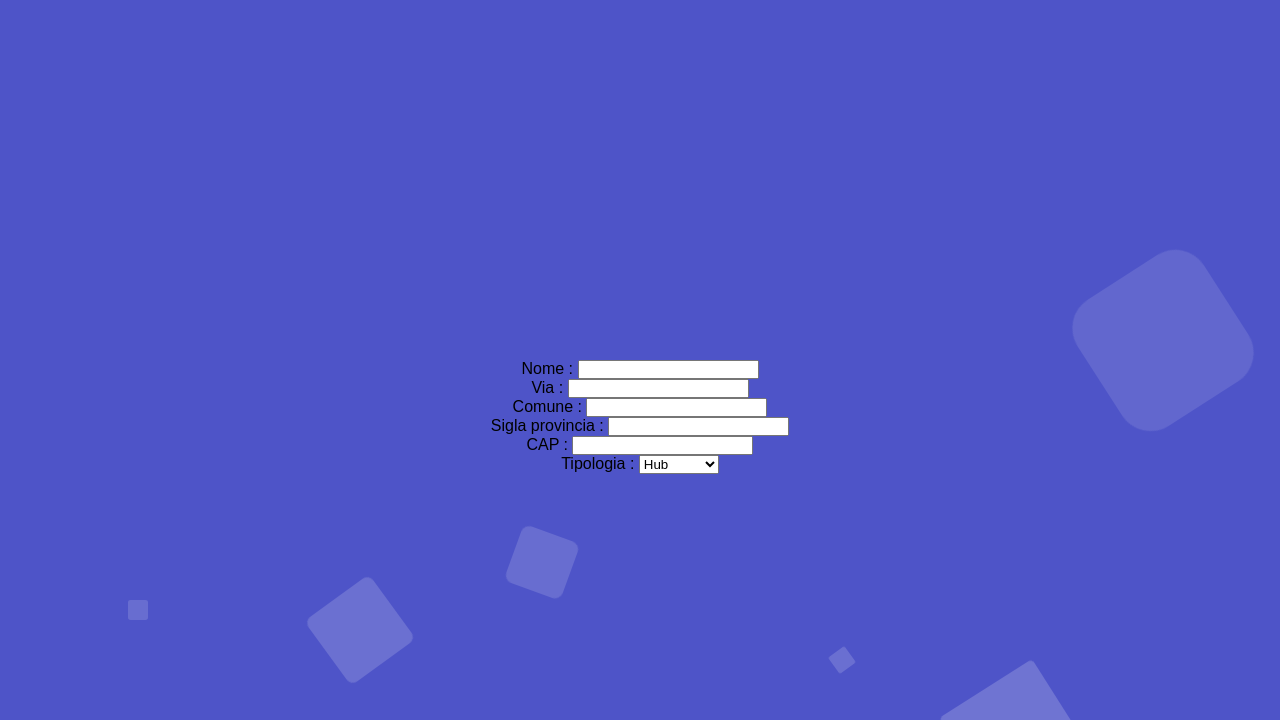
Repository: Jok98/CentriVaccinaliWebApp
Page: http://localhost/CentriVaccinaliOperatori/iscrizionecentrovax.jsp
The author's editor kept a copy of each file at every save. The page is drawn from the files as they stood at one save, then again after the next save.
The browser window is 1280 px wide. The pictures show the whole page.
Some web fonts or font styles are not loaded; a fallback is used. The page is served by Tomcat 9.

Above is the page before, as saved 2022-09-24 15:16:11.

### CentriVaccinaliOperatori/src/main/webapp/iscrizionecentrovax.jsp
<%@ page language="java" contentType="text/html; charset=ISO-8859-1"
	pageEncoding="ISO-8859-1"%>
<!DOCTYPE html>
<html>
<head>
<meta charset="ISO-8859-1">
<link rel="stylesheet" href="css/form.css">
<link rel="stylesheet" href="css/background.css">
<title>Iscrizione Centri Vaccinali</title>
</head>
<body>
	<div class="area">
		<ul class="circles">
			<li></li>
			<li></li>
			<li></li>
			<li></li>
			<li></li>
			<li></li>
			<li></li>
			<li></li>
			<li></li>
			<li></li>
		</ul>
	</div>
	<div class="context" align="middle">
		<form action="">
		<label class="label" for="nomeCenvax">Nome : </label>
		<input class="input" type="text" id="nomecenvax" name="nomecenvax">
		<br>
		<label class="label" for="viaCenvax">Via : </label>
		<input class="input" type="text" id="viaCenvax" name="viaCenvax">
		<br>
		<label class="label" for="comuneCenvax">Comune : </label>
		<input class="input" type="text" id="viaCenvax" name="viaCenvax">
		<br>
		<label class="label" for="sigprovCenvax">Sigla provincia : </label>
		<input class="input" type="text" id="sigprovCenvax" name="sigprovCenvax">
		<br>
		<label class="label" for="capCenvax">CAP : </label>
		<input class="input" type="text" id="capCenvax" name="capCenvax">
		<br>
		<label class="label" for="tipoCenvax">Tipologia : </label>
		<select class="input" name="tipoCenvax" id="tipoCenvax">
			<option value="Hub">Hub</option>
			<option value="Azienda">Azienda</option>
			<option value="Ospedale">Ospedale</option>
		</select>

		</form>
	</div>

</body>
</html>

### CentriVaccinaliOperatori/src/main/webapp/css/form.css
@charset "ISO-8859-1";

/* bottoni */
.button {
color: rgb(255, 255, 255);
font-size: 30px; line-height: 30px;
padding: 10px;
border-radius: 12px;
font-family: Georgia, serif;
font-weight: normal;
text-decoration: none;
font-style: normal;
font-variant: normal;
text-transform: none;
background-image: radial-gradient(at center center, rgb(12, 111, 164) 0%, rgb(10, 136, 164) 100%, rgb(12, 111, 164) 100%);
box-shadow: rgba(0, 0, 0, 0) 81px -57px 0px 0px;
border: 2px solid rgb(28, 110, 164);
display: inline-block;}
.button:hover {
background: #80c3ff; }
.button:active {
background: #1ca4ff; }

### CentriVaccinaliOperatori/src/main/webapp/css/background.css
@charset "ISO-8859-1";
@import url('https://fonts.googleapis.com/css?family=Exo:400,700');

*{
    margin: 0px;
    padding: 0px;
}

html{
    font-family: 'Exo', sans-serif;
}


.context {
    width: 100%;
    position: absolute;
    top:50vh;

}

.context h1{
    text-align: center;
    color: #fff;
    font-size: 50px;
}


.area{
    background: #4e54c8;
    background: -webkit-linear-gradient(to left, #8f94fb, #4e54c8);
    width: 100%;
    height:100vh;


}

.circles{
    position: absolute;
    top: 0;
    left: 0;
    width: 100%;
    height: 100%;
    overflow: hidden;
}

.circles li{
    position: absolute;
    display: block;
    list-style: none;
    width: 20px;
    height: 20px;
    background: rgba(255, 255, 255, 0.2);
    animation: animate 25s linear infinite;
    bottom: -150px;

}

.circles li:nth-child(1){
    left: 25%;
    width: 80px;
    height: 80px;
    animation-delay: 0s;
}


.circles li:nth-child(2){
    left: 10%;
    width: 20px;
    height: 20px;
    animation-delay: 2s;
    animation-duration: 12s;
}

.circles li:nth-child(3){
    left: 70%;
    width: 20px;
    height: 20px;
    animation-delay: 4s;
}

.circles li:nth-child(4){
    left: 40%;
    width: 60px;
    height: 60px;
    animation-delay: 0s;
    animation-duration: 18s;
}

.circles li:nth-child(5){
    left: 65%;
    width: 20px;
    height: 20px;
    animation-delay: 0s;
}

.circles li:nth-child(6){
    left: 75%;
    width: 110px;
    height: 110px;
    animation-delay: 3s;
}

.circles li:nth-child(7){
    left: 35%;
    width: 150px;
    height: 150px;
    animation-delay: 7s;
}

.circles li:nth-child(8){
    left: 50%;
    width: 25px;
    height: 25px;
    animation-delay: 15s;
    animation-duration: 45s;
}

.circles li:nth-child(9){
    left: 20%;
    width: 15px;
    height: 15px;
    animation-delay: 2s;
    animation-duration: 35s;
}

.circles li:nth-child(10){
    left: 85%;
    width: 150px;
    height: 150px;
    animation-delay: 0s;
    animation-duration: 11s;
}



@keyframes animate {

    0%{
        transform: translateY(0) rotate(0deg);
        opacity: 1;
        border-radius: 0;
    }

    100%{
        transform: translateY(-1000px) rotate(720deg);
        opacity: 0;
        border-radius: 50%;
    }

}

After the next save:
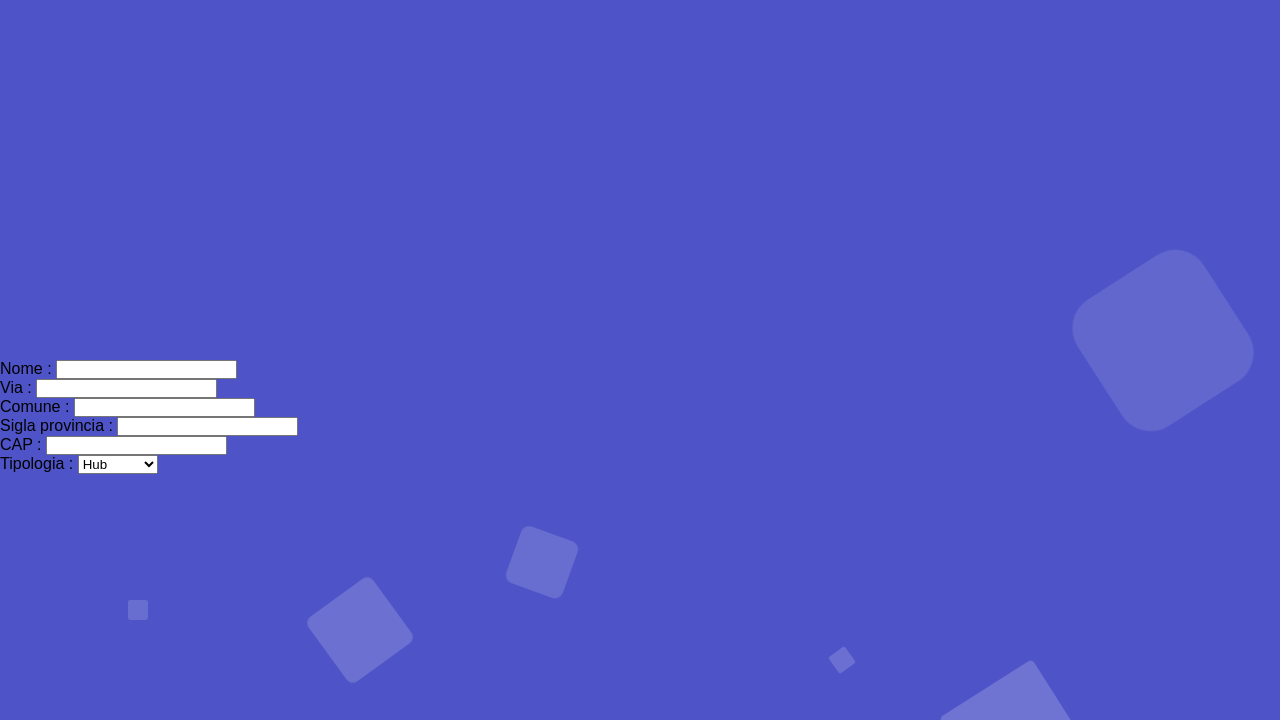
Saved 37 s later.
--- a/CentriVaccinaliOperatori/src/main/webapp/iscrizionecentrovax.jsp
+++ b/CentriVaccinaliOperatori/src/main/webapp/iscrizionecentrovax.jsp
@@ -23,7 +23,7 @@
 			<li></li>
 		</ul>
 	</div>
-	<div class="context" align="middle">
+	<div class="context" align="justify">
 		<form action="">
 		<label class="label" for="nomeCenvax">Nome : </label>
 		<input class="input" type="text" id="nomecenvax" name="nomecenvax">

After the 2 saves that followed:
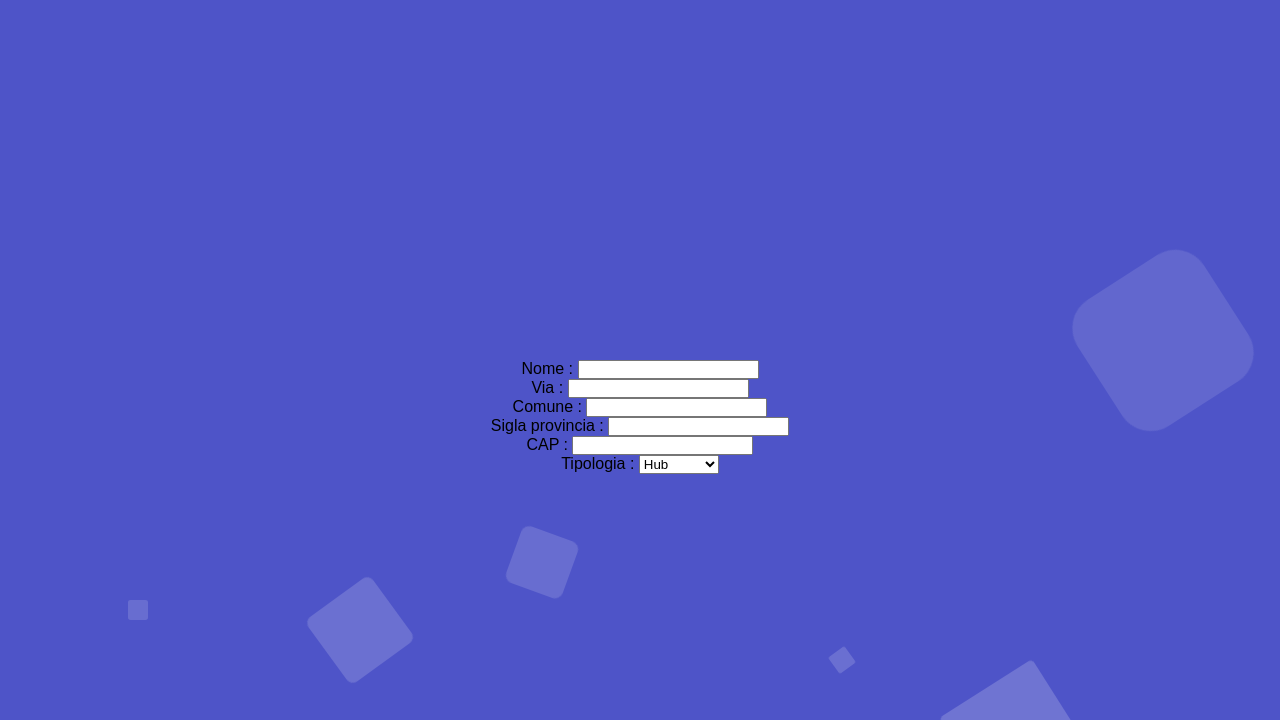
The 2 saves are shown as one change because 1 left the picture as it was.
The last was saved 40 s later.
--- a/CentriVaccinaliOperatori/src/main/webapp/iscrizionecentrovax.jsp
+++ b/CentriVaccinaliOperatori/src/main/webapp/iscrizionecentrovax.jsp
@@ -23,7 +23,7 @@
 			<li></li>
 		</ul>
 	</div>
-	<div class="context" align="justify">
+	<div class="context" align="center" >
 		<form action="">
 		<label class="label" for="nomeCenvax">Nome : </label>
 		<input class="input" type="text" id="nomecenvax" name="nomecenvax">
